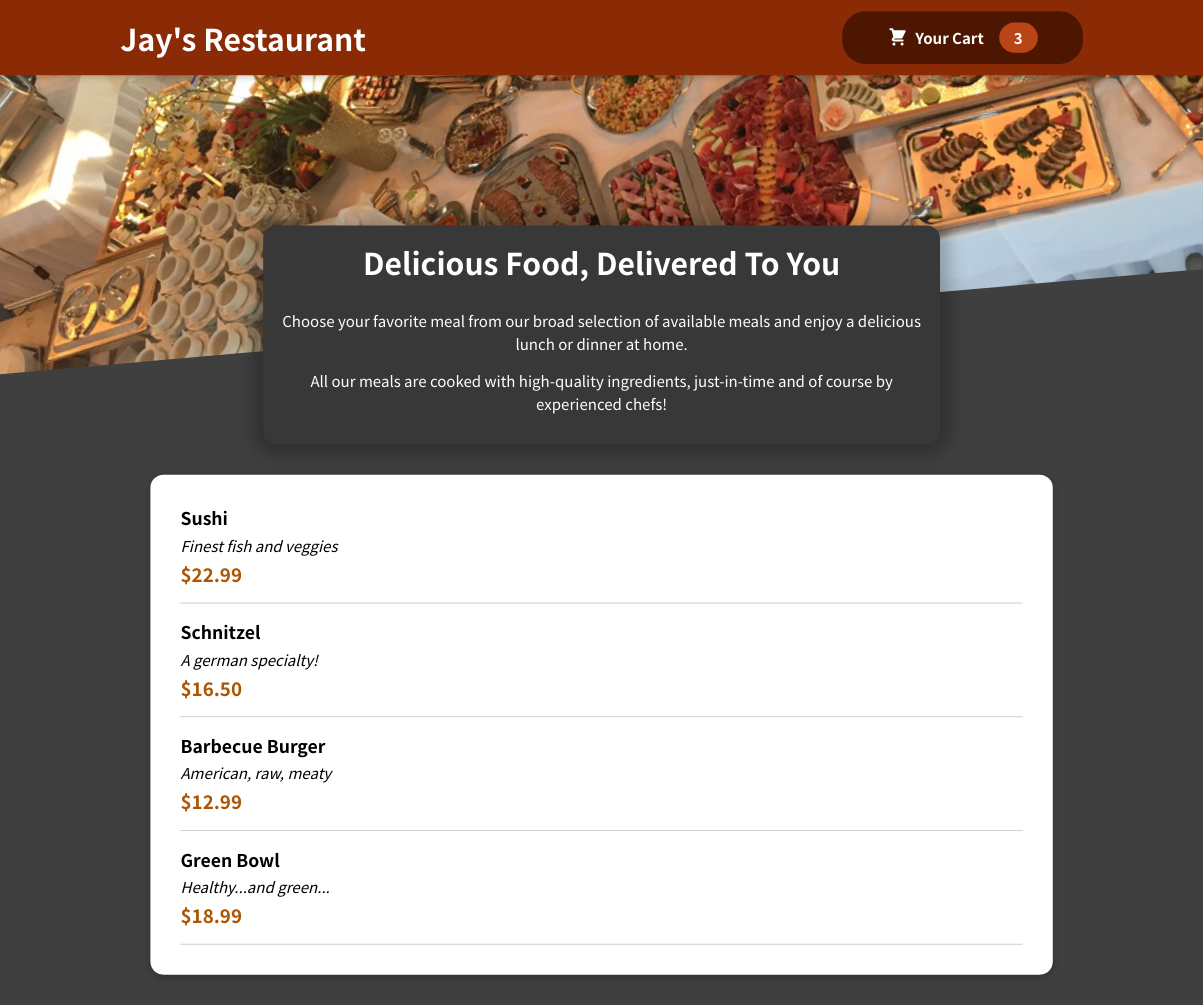
Repository: jykang96/food_app
Page: /
An editor plug-in stored every save of this project. The page is shown before and after the next save, followed by the edit.
The browser window is 1280 px wide. The pictures show the whole page, at 94% of full size.
The project was rebuilt for these pictures with package versions that can differ from the ones it lists, and the page was loaded fresh each time.

Above is the page before, as saved 2021-07-21 00:37:29.

After the next save:
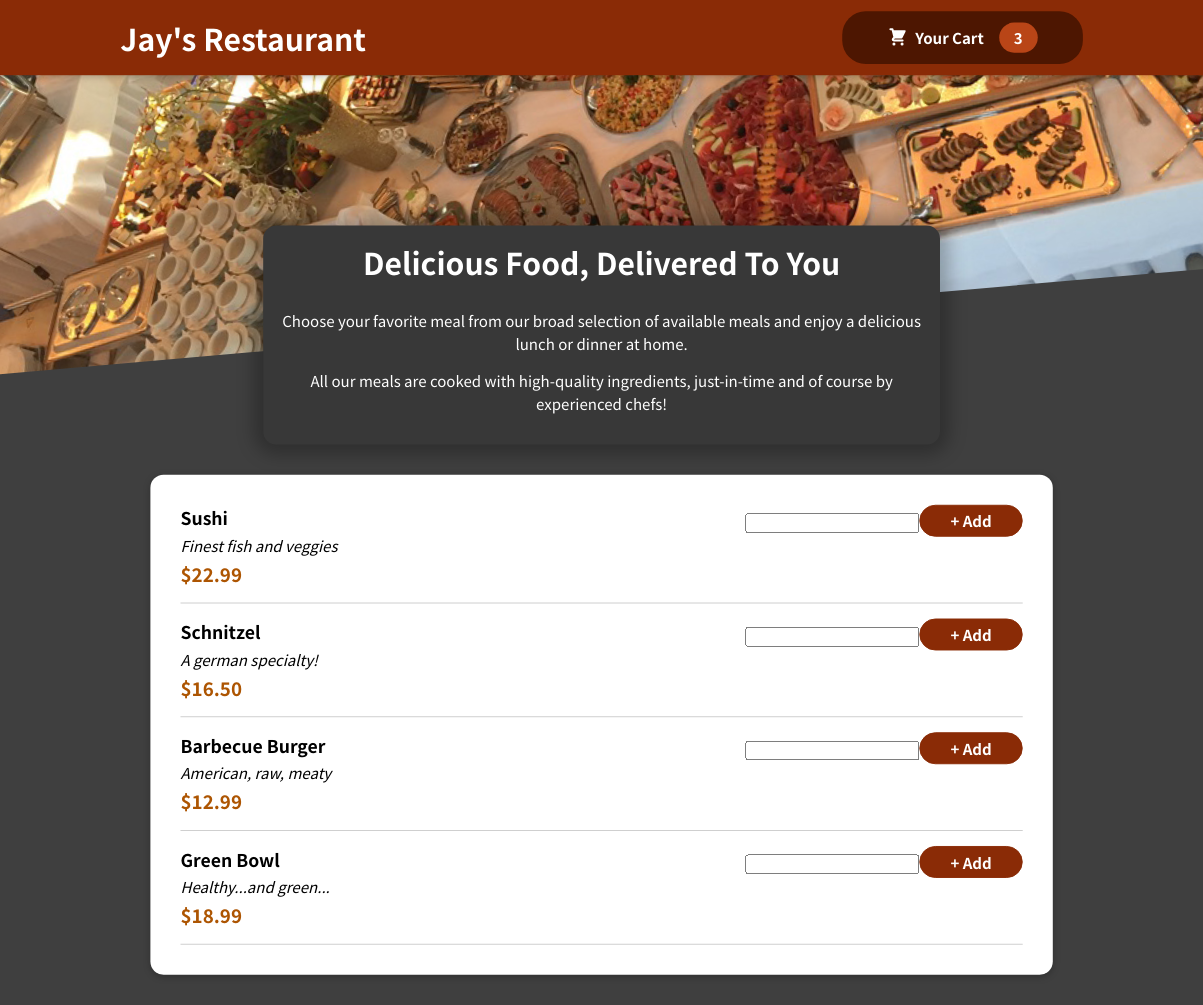
Saved 11 s later.
--- a/src/components/Meals/MealItem/MealItem.js
+++ b/src/components/Meals/MealItem/MealItem.js
@@ -12,7 +12,7 @@ const MealItem = (props) => {
                 <div className={classes.price}>{price}</div>
             </div>
             <div>
-
+                <MealItemForm/>
             </div>
         </li>
     )
